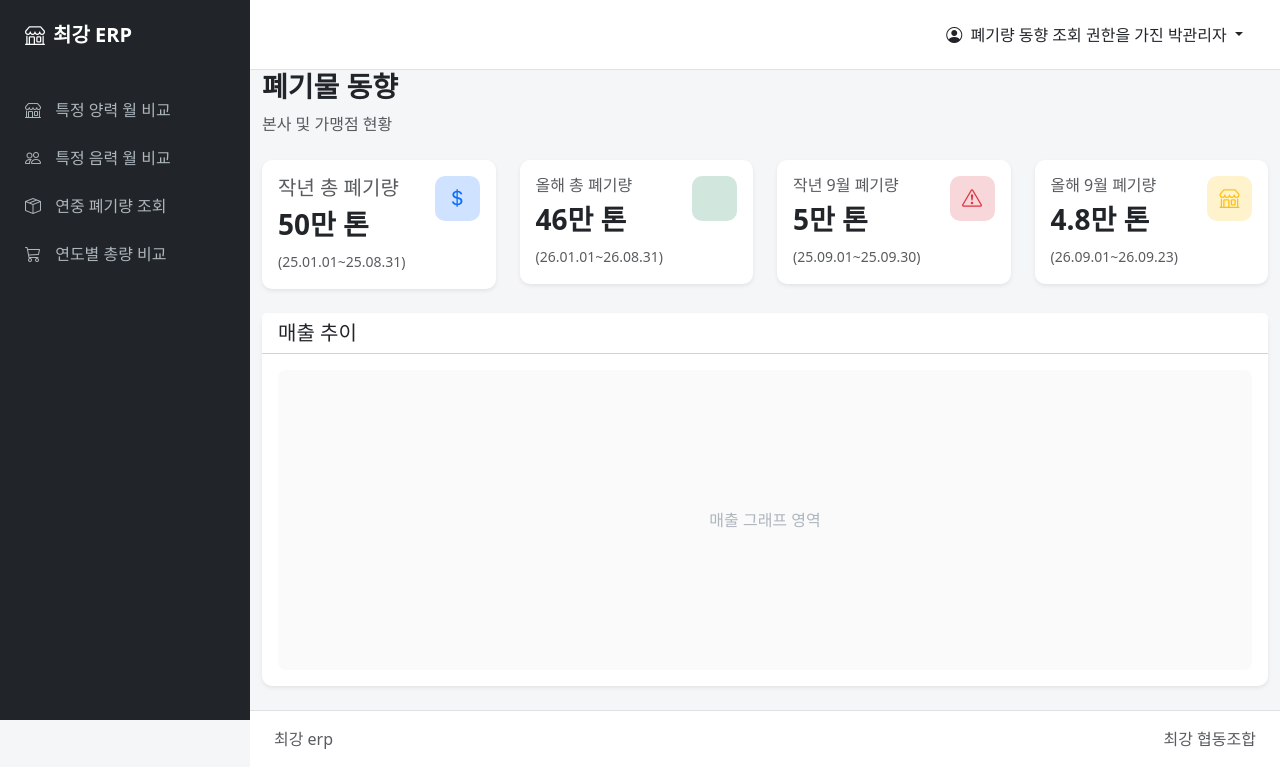
Repository: nojong99/kosta
Page: 32_MVCModel2/src/main/webapp/wasteTrends.html
An editor plug-in stored every save of this project. The page is shown before and after the next save, followed by the edit.
The browser window is 1280 px wide. The pictures show the whole page.

Above is the page before, as saved 2026-09-23 03:11:21.

After the next save:
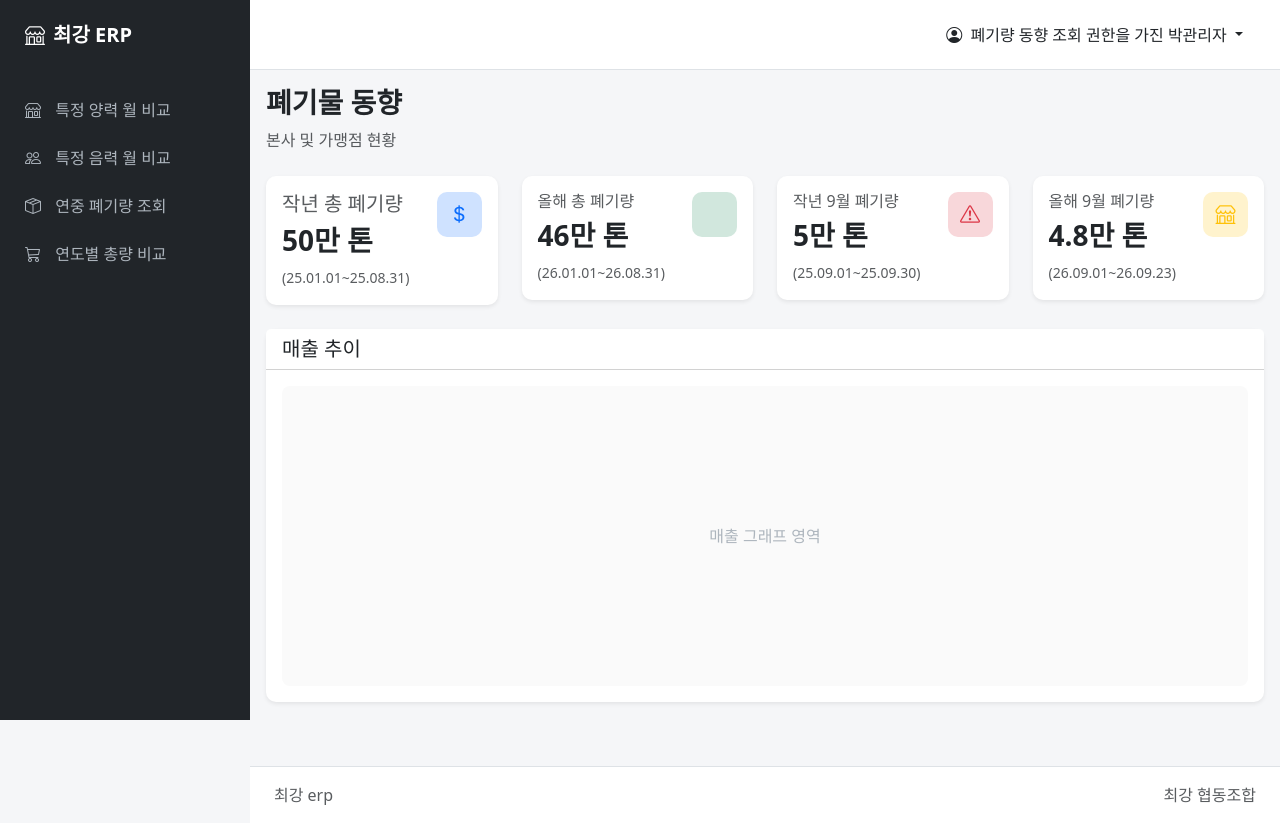
Saved 16 s later.
--- a/32_MVCModel2/src/main/webapp/wasteTrends.html
+++ b/32_MVCModel2/src/main/webapp/wasteTrends.html
@@ -162,7 +162,7 @@
 
 
 
-    <main class="container-fluid p-8">
+    <main class="container-fluid p-3">
 
         <div class="mb-4">
 
